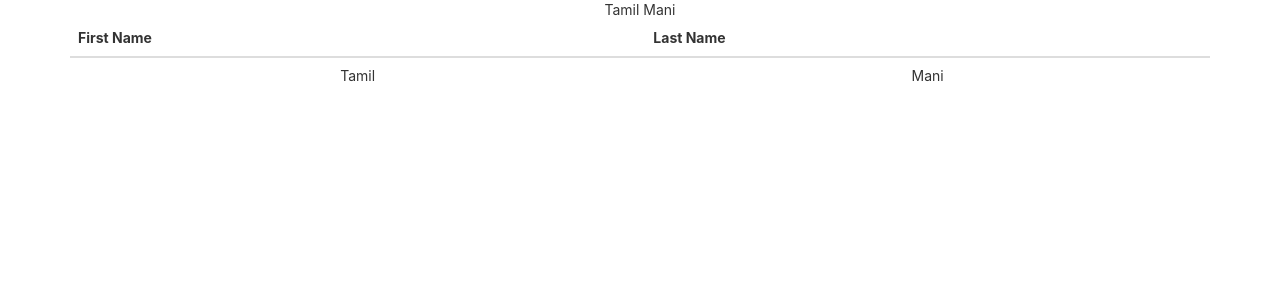
Repository: Green-Technologies-Angular/React-js
Page: /
The author's editor kept a copy of each file at every save. The page is drawn from the files as they stood at one save, then again after the next save.
The browser window is 1280 px wide. The pictures show the whole page.
The project was rebuilt for these pictures with package versions that can differ from the ones it lists, and the page was loaded fresh each time.

Above is the page before, as saved 2019-03-18 10:20:36.

### public/index.html
<!DOCTYPE html>
<html lang="en">
  <head>
    <meta charset="utf-8" />
    <link rel="shortcut icon" href="%PUBLIC_URL%/favicon.ico" />
    <meta
      name="viewport"
      content="width=device-width, initial-scale=1, shrink-to-fit=no"
    />
    <meta name="theme-color" content="#000000" />
    <!--
      manifest.json provides metadata used when your web app is installed on a
      user's mobile device or desktop. See https://developers.google.com/web/fundamentals/web-app-manifest/
    -->
    <link rel="manifest" href="%PUBLIC_URL%/manifest.json" />
    <link rel="stylesheet" href="https://maxcdn.bootstrapcdn.com/bootstrap/3.4.0/css/bootstrap.min.css">
  <script src="https://ajax.googleapis.com/ajax/libs/jquery/3.3.1/jquery.min.js"></script>
  <script src="https://maxcdn.bootstrapcdn.com/bootstrap/3.4.0/js/bootstrap.min.js"></script>
    <!--
      Notice the use of %PUBLIC_URL% in the tags above.
      It will be replaced with the URL of the `public` folder during the build.
      Only files inside the `public` folder can be referenced from the HTML.

      Unlike "/favicon.ico" or "favicon.ico", "%PUBLIC_URL%/favicon.ico" will
      work correctly both with client-side routing and a non-root public URL.
      Learn how to configure a non-root public URL by running `npm run build`.
    -->
    <title>React App</title>
  </head>
  <body>
    <noscript>You need to enable JavaScript to run this app.</noscript>
    <div id="root">

    </div>
    <!--
      This HTML file is a template.
      If you open it directly in the browser, you will see an empty page.

      You can add webfonts, meta tags, or analytics to this file.
      The build step will place the bundled scripts into the <body> tag.

      To begin the development, run `npm start` or `yarn start`.
      To create a production bundle, use `npm run build` or `yarn build`.
    -->
  </body>
</html>

### src/App.js
import React, { Component } from 'react';
import './App.css';
import Header from './component/header';
class App extends Component {
  constructor(props){
    super(props);
    this.state = {
      firstName : "Tamil",
      lastName : "Mani",
      name : "Tamil Mani"
    }
  }
  render() {
    return (
      <div className="App">
        {this.state.name}
        <Header chennai={this.state.firstName} csk={this.state.lastName}/>
      </div>
    );
  }
}

export default App;

### src/component/header.js
import React, { Component } from 'react';

class Header extends Component{

    render(){
        return(
            <div className="container">
                <table className="table">
                    <thead>
                    <tr>
                        <th>
                        First Name
                        </th>
                        <th>
                        Last Name
                        </th>
                    </tr>
                    </thead>
                    <tbody>
                    <tr>
                        <td>
                        {this.props.chennai}
                        </td>
                        <td>
                        {this.props.csk}
                        </td>
                    </tr>
                    </tbody>
                </table>
            </div>
        )

    }
}


export default Header;

Loaded but not shown: src/index.js (common file); src/index.css (common file); src/serviceWorker.js (common file); src/App.css (common file)

After the next save:
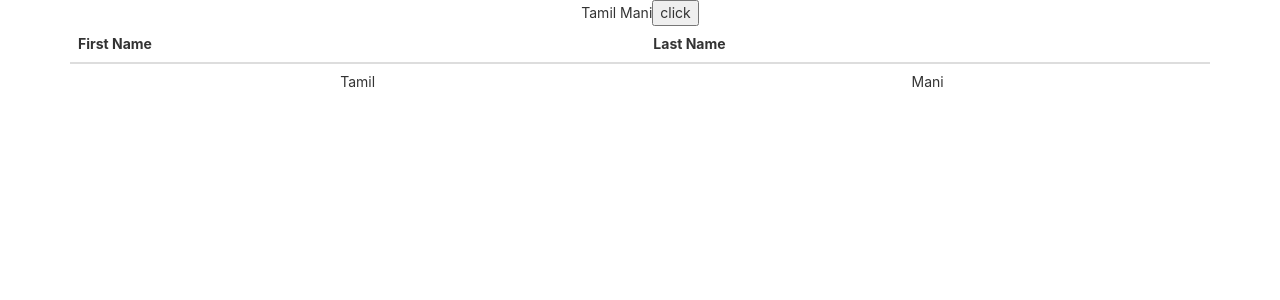
Saved 34 s later.
--- a/src/App.js
+++ b/src/App.js
@@ -14,6 +14,7 @@ class App extends Component {
     return (
       <div className="App">
         {this.state.name}
+        <button name="click">click</button>
         <Header chennai={this.state.firstName} csk={this.state.lastName}/>
       </div>
     );
